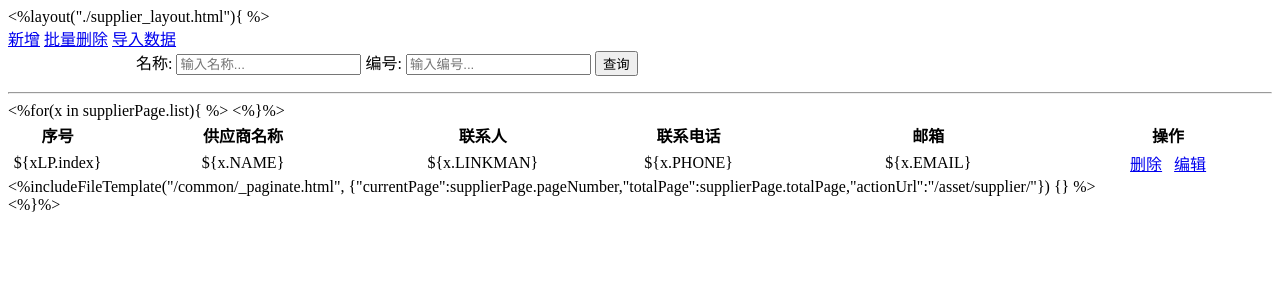
Repository: GaoChengliang/summerTask
Page: Campus_gcl/WebRoot/asset_management/supplier/supplier.html
These files come from the project's save history. The page is drawn as it stood at one moment and after the next save; the edit follows.
The browser window is 1280 px wide. The pictures show the whole page.

Above is the page before, as saved 2015-08-14 23:41:42.

### Campus_gcl/WebRoot/asset_management/supplier/supplier.html
<%layout("./supplier_layout.html"){ %>

	<div class="main">
        		<div class="masthead">
        		<form>
        		    <div class="btn-group">
        		   		<a class="btn btn-default" href="/asset/supplier/add/${supplierPage.totalPage}">新增</a>
						<a class="btn btn-default" href="#">批量删除</a>
						<a class="btn btn-default" href="#">导入数据</a>
				    </div>
				    &nbsp;&nbsp;&nbsp;&nbsp;&nbsp;&nbsp;&nbsp;&nbsp;&nbsp;&nbsp;&nbsp;&nbsp;&nbsp;&nbsp;&nbsp;
				     &nbsp;&nbsp;&nbsp;&nbsp;&nbsp;&nbsp;&nbsp;&nbsp;&nbsp;&nbsp;&nbsp;&nbsp;&nbsp;&nbsp;&nbsp;
					<label>名称:</label>
					<input placeholder="输入名称..." type="text"/>
					<label>编号:</label>
					<input placeholder="输入编号..." type="text"/>
					<button class="btn btn-default" type="submit">查询</button>
					</form>
				</div>
				<hr/>
	   <div>
        <table class="table table-hover">
            <thead>
            <tr>
                <th hidden="true"></th>
                <th style="text-align:center; width:5%">序号</th>
                <th style="text-align:center; width:20%">供应商名称</th>
                <th style="text-align:center; width:15%">联系人</th>
                <th style="text-align:center; width:15%">联系电话</th>
                <th style="text-align:center; width:20%">邮箱</th>
                <th style="text-align:center; width:15%">操作</th>
            </tr>
            </thead>
			<tbody>
           <%for(x in supplierPage.list){ %>
                <tr>
                    <td style="text-align:center;" hidden="true">${x.ID}</td>
                    <td style="text-align:center;">${xLP.index}</td>
                    <td style="text-align:center;">${x.NAME}</td>
                    <td style="text-align:center;">${x.LINKMAN}</td>
                    <td style="text-align:center;">${x.PHONE}</td>
                    <td style="text-align:center;">${x.EMAIL}</td>
                    <td style="text-align:center;">
                        <a href="/asset/supplier/delete/${x.ID}">删除</a>
                        &nbsp;&nbsp;<a href="/asset/supplier/edit/${x.ID}-${supplierPage.pageNumber}">编辑</a>
                    </td>
                </tr>
            <%}%>
            </tbody>
        </table>
       	<%includeFileTemplate("/common/_paginate.html",
		{"currentPage":supplierPage.pageNumber,"totalPage":supplierPage.totalPage,"actionUrl":"/asset/supplier/"}) {}
	    %>
      </div>
	</div>
<%}%>

After the next save:
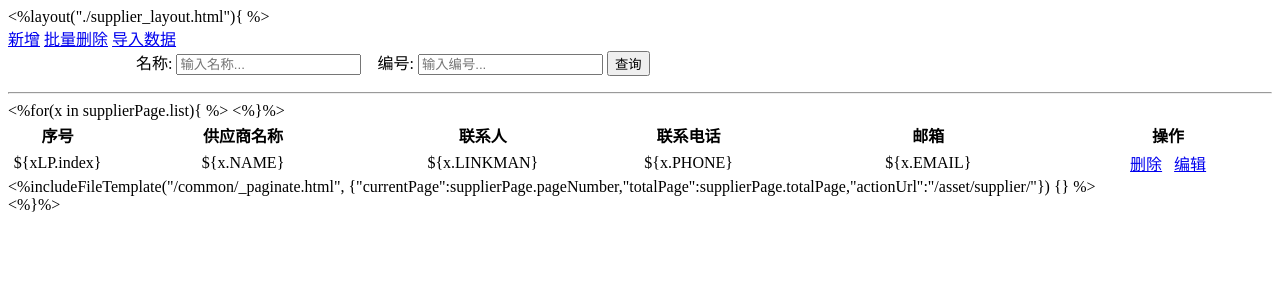
Saved 2 min 17 s later.
--- a/Campus_gcl/WebRoot/asset_management/supplier/supplier.html
+++ b/Campus_gcl/WebRoot/asset_management/supplier/supplier.html
@@ -12,6 +12,7 @@
 				     &nbsp;&nbsp;&nbsp;&nbsp;&nbsp;&nbsp;&nbsp;&nbsp;&nbsp;&nbsp;&nbsp;&nbsp;&nbsp;&nbsp;&nbsp;
 					<label>名称:</label>
 					<input placeholder="输入名称..." type="text"/>
+					&nbsp;&nbsp;
 					<label>编号:</label>
 					<input placeholder="输入编号..." type="text"/>
 					<button class="btn btn-default" type="submit">查询</button>
